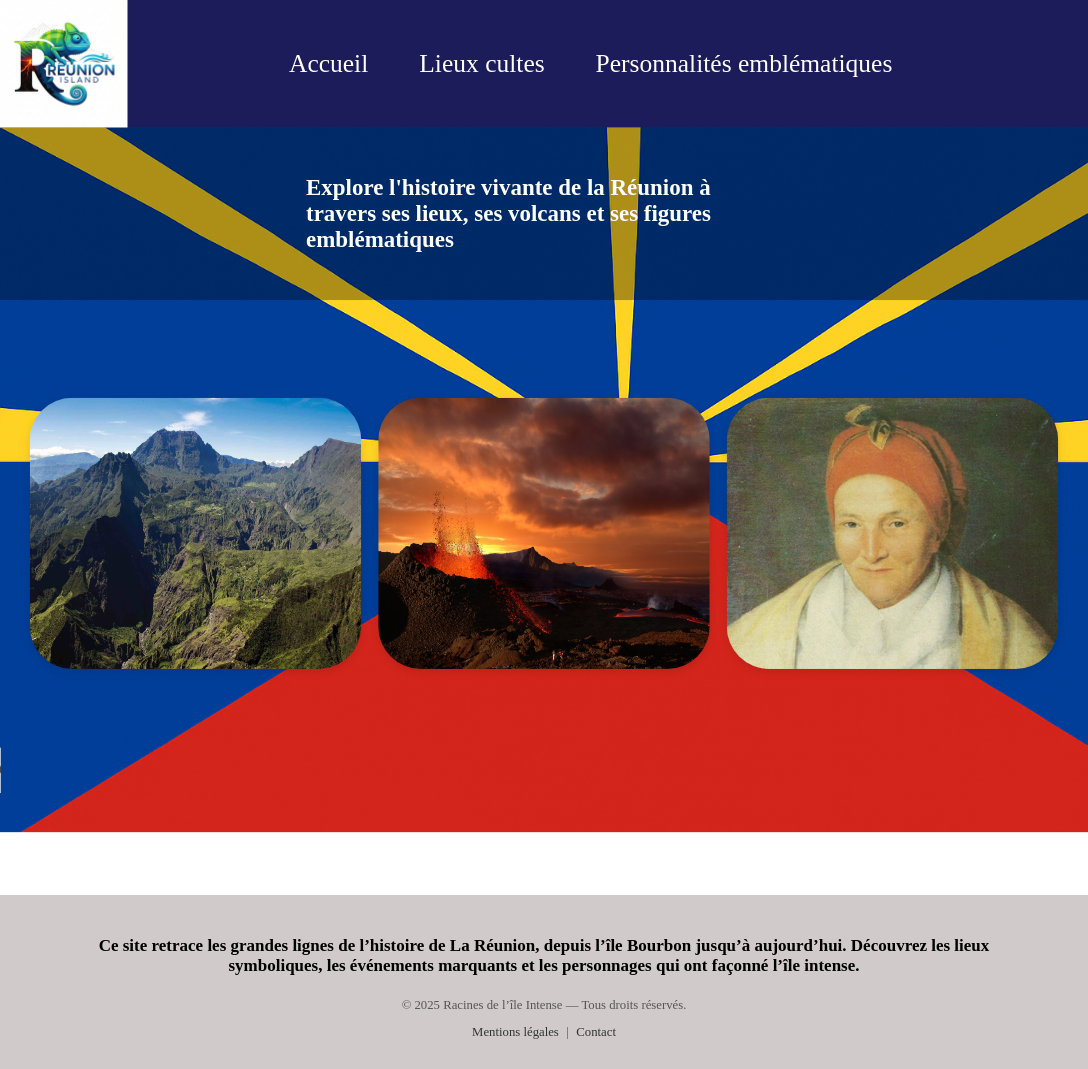
Repository: racinesintense974/Racines-de-lile-intense
Page: index.html
The author's editor kept a copy of each file at every save. The page is drawn from the files as they stood at one save, then again after the next save.
The browser window is 1280 px wide. The pictures show the whole page, at 85% of full size.

Above is the page before, as saved 2026-02-12 14:10:32.

After the next save:
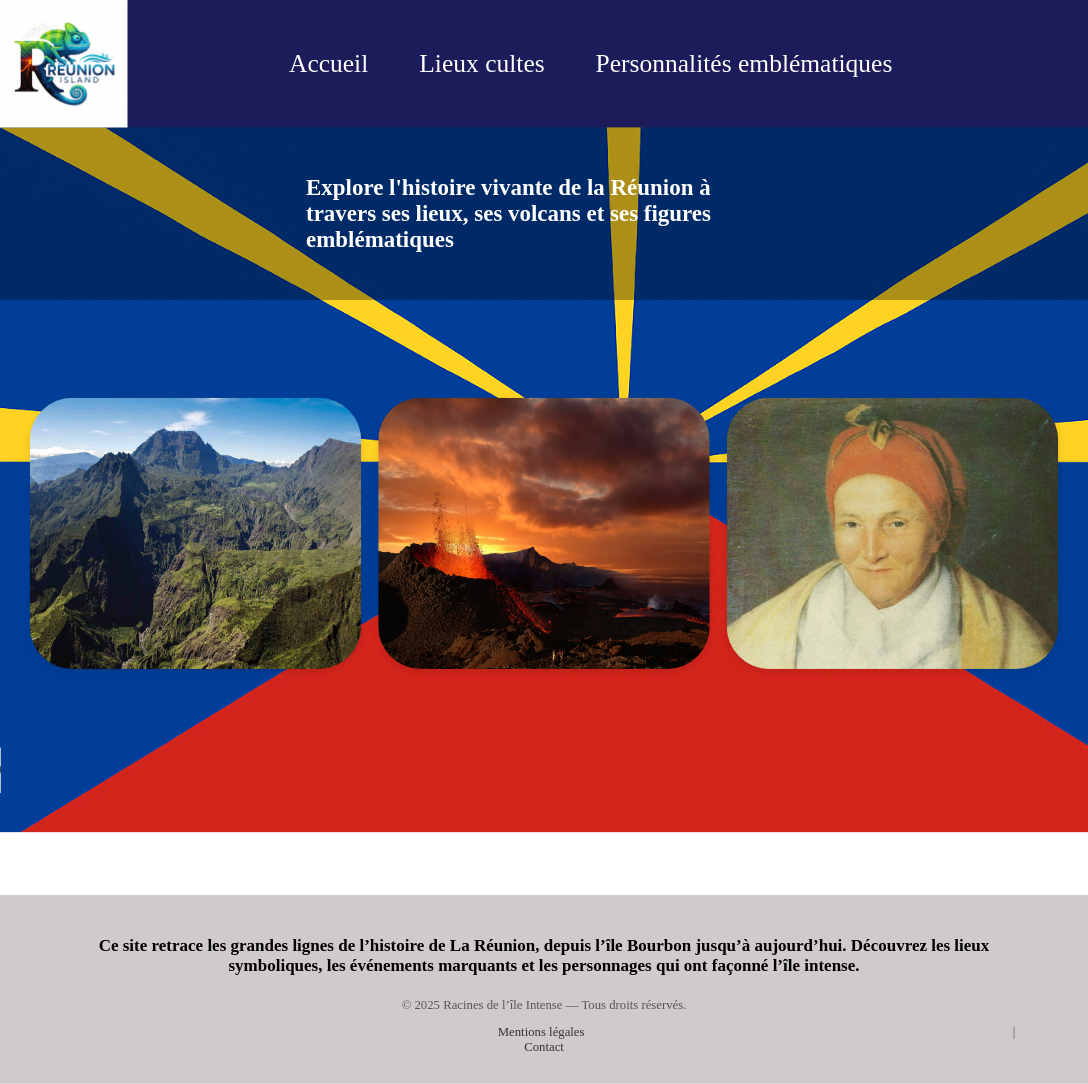
Saved 2 min 58 s later.
--- a/css/style.css
+++ b/css/style.css
@@ -95,7 +95,7 @@
 .footer a {
   color: #333;
   text-decoration: none;
-  margin: 0 5px;
+  margin: 0 500px;
 }
 
 .footer a:hover {

After the 5 saves that followed:
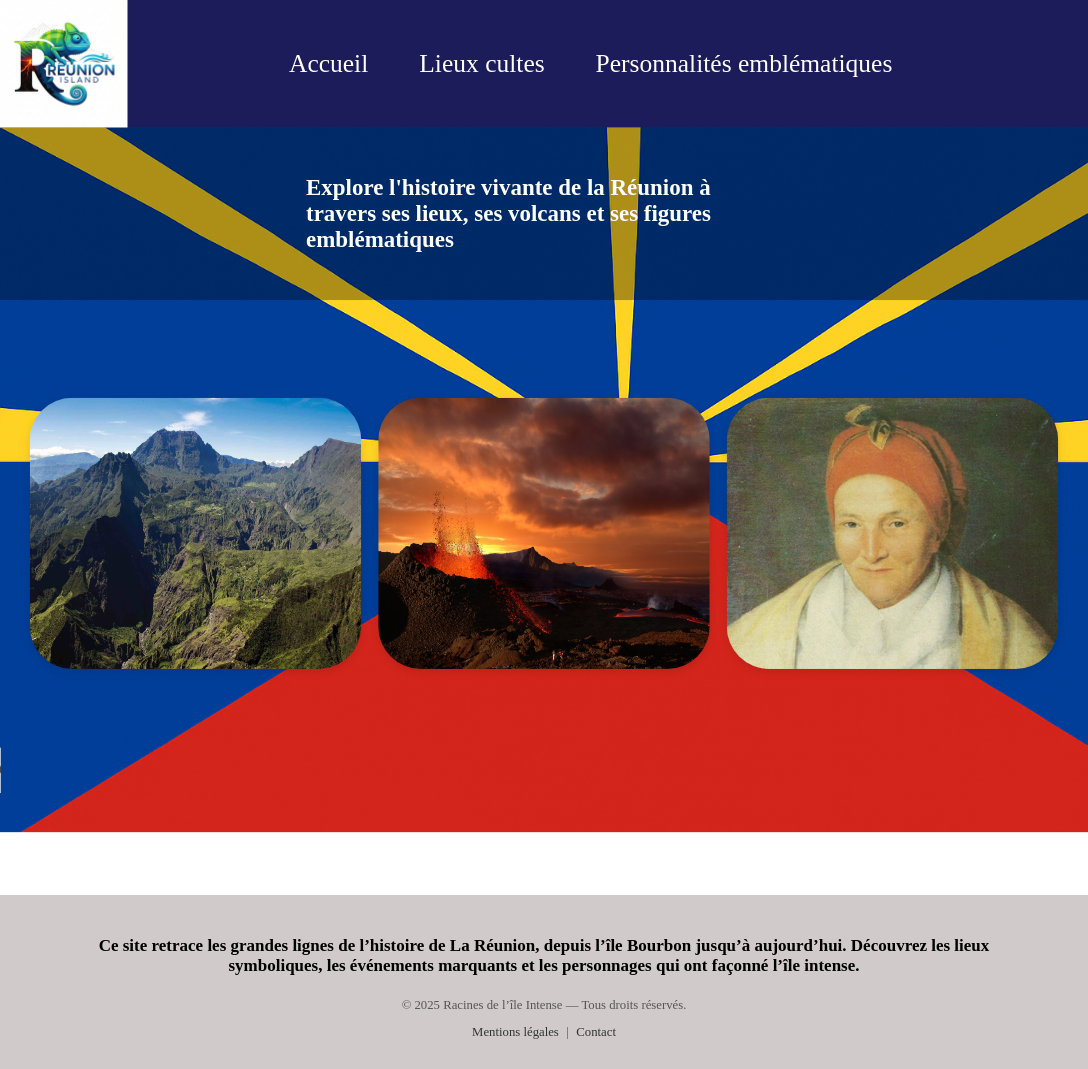
The 5 saves are shown as one change because they came seconds apart.
The last was saved 13 s later.
--- a/css/style.css
+++ b/css/style.css
@@ -95,7 +95,7 @@
 .footer a {
   color: #333;
   text-decoration: none;
-  margin: 0 500px;
+  margin: 0 5px;
 }
 
 .footer a:hover {
